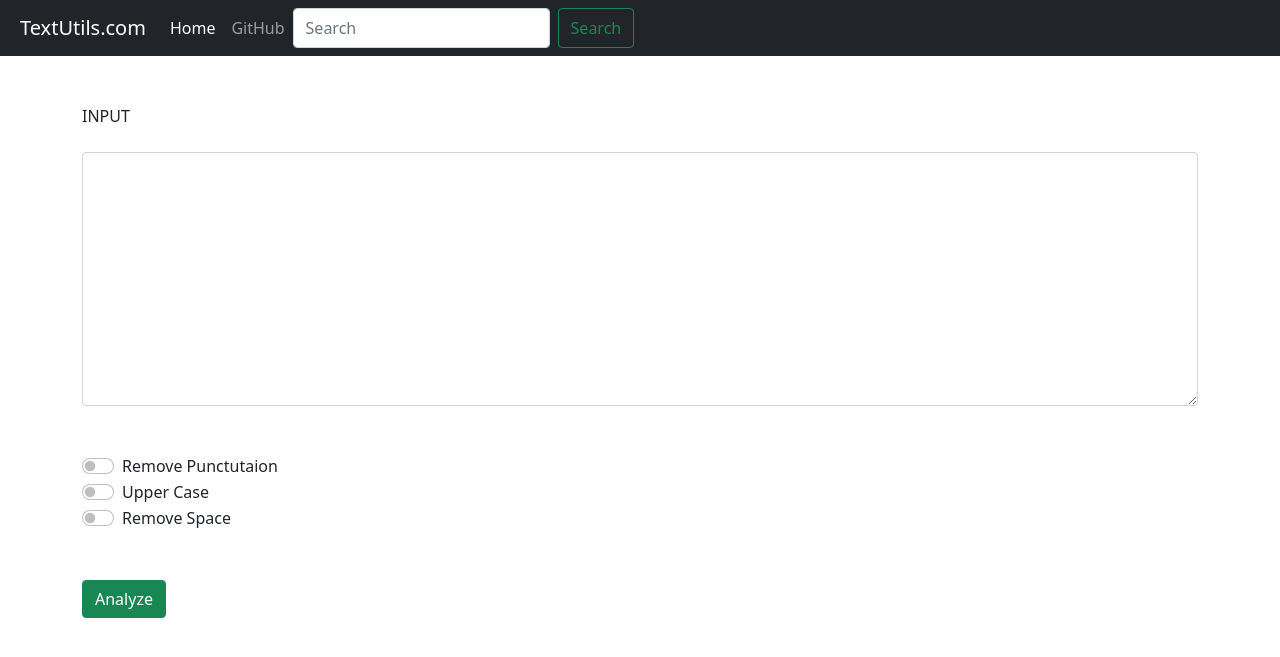
Repository: thenameisshreyank/Textutility
Page: http://localhost/
The author's editor kept a copy of each file at every save. The page is drawn from the files as they stood at one save, then again after the next save.
The browser window is 1280 px wide. The pictures show the whole page.
The page is served by the project's application, run on Django 4.2 (manage.py).

Above is the page before, as saved 2022-04-15 10:56:11.

After the next save:
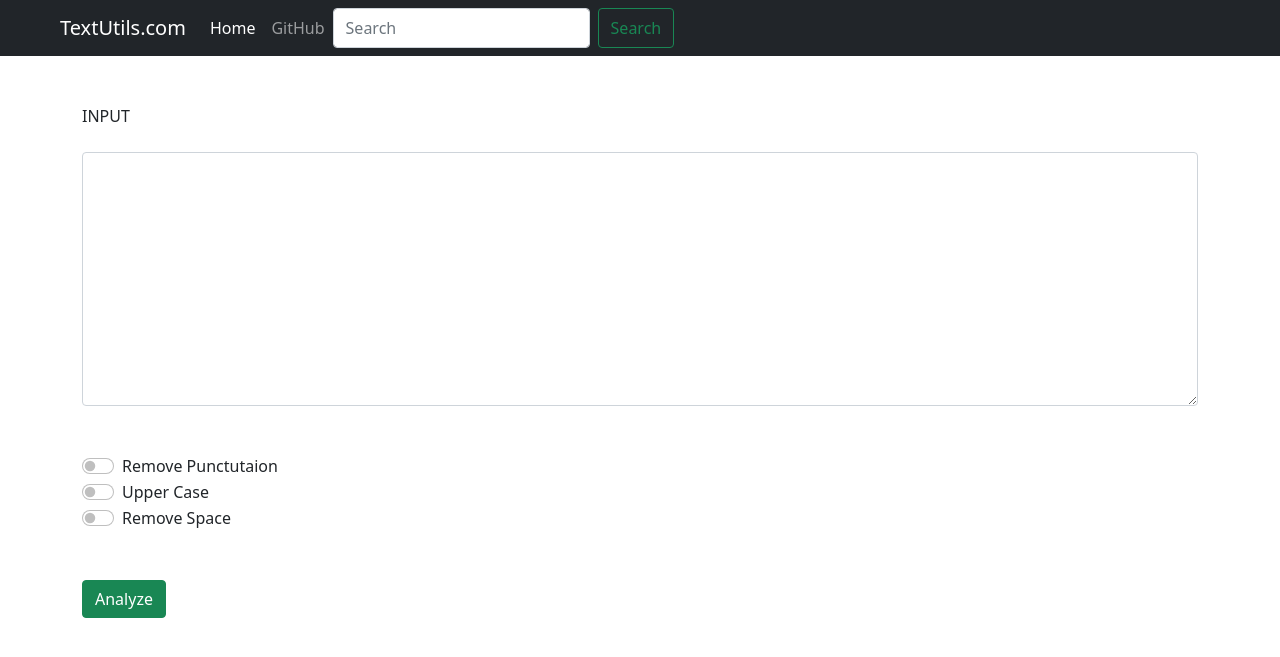
Saved 7 s later.
--- a/templates/index.html
+++ b/templates/index.html
@@ -14,7 +14,7 @@
 <body>
     <nav class="navbar navbar-expand-lg navbar-dark bg-dark">
         <div class="container-fluid">
-          <a class="navbar-brand ms-2" href="https://getbootstrap.com/">TextUtils.com</a>
+          <a class="navbar-brand ms-5" href="https://getbootstrap.com/">TextUtils.com</a>
           <button class="navbar-toggler" type="button" data-bs-toggle="collapse" data-bs-target="#navbarSupportedContent" aria-controls="navbarSupportedContent" aria-expanded="false" aria-label="Toggle navigation">
             <span class="navbar-toggler-icon"></span>
           </button>
